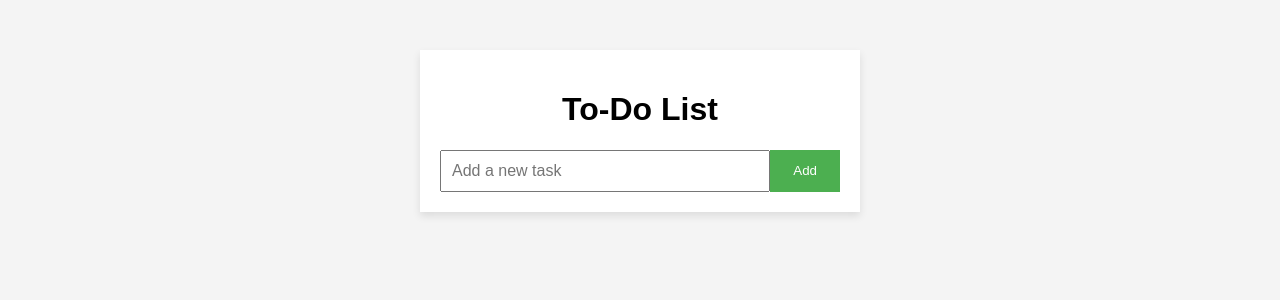
Repository: thinhdh04/python-cuoiky
Page: http://localhost/
The author's editor kept a copy of each file at every save. The page is drawn from the files as they stood at one save, then again after the next save.
The browser window is 1280 px wide. The pictures show the whole page.
The page is served by the project's application, run on Flask 3 (Bai3/Bai3.py). Queries for data that is not in the repository find no rows.

Above is the page before, as saved 2024-11-23 08:54:23.

After the next save:
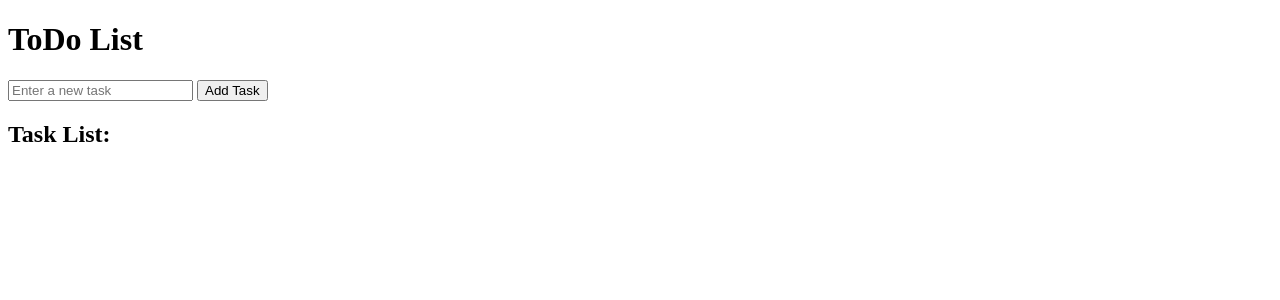
Saved 3 min 35 s later.
--- a/Bai3/templates/index.html
+++ b/Bai3/templates/index.html
@@ -3,81 +3,27 @@
 <head>
     <meta charset="UTF-8">
     <meta name="viewport" content="width=device-width, initial-scale=1.0">
-    <title>To-Do List</title>
-    <style>
-        body {
-            font-family: Arial, sans-serif;
-            background-color: #f4f4f4;
-            margin: 0;
-            padding: 0;
-        }
-        .container {
-            width: 400px;
-            margin: 50px auto;
-            background-color: #fff;
-            padding: 20px;
-            box-shadow: 0 4px 8px rgba(0, 0, 0, 0.1);
-        }
-        h1 {
-            text-align: center;
-        }
-        ul {
-            list-style-type: none;
-            padding: 0;
-        }
-        li {
-            padding: 10px;
-            border-bottom: 1px solid #ddd;
-            display: flex;
-            justify-content: space-between;
-        }
-        button {
-            padding: 5px 10px;
-            cursor: pointer;
-            background-color: red;
-            color: white;
-            border: none;
-        }
-        form {
-            display: flex;
-            justify-content: space-between;
-            margin-top: 20px;
-        }
-        input[type="text"] {
-            width: 80%;
-            padding: 10px;
-            font-size: 16px;
-        }
-        input[type="submit"] {
-            width: 18%;
-            padding: 10px;
-            background-color: #4CAF50;
-            color: white;
-            border: none;
-            cursor: pointer;
-        }
-    </style>
+    <title>ToDo List</title>
 </head>
 <body>
+    <h1>ToDo List</h1>
 
-<div class="container">
-    <h1>To-Do List</h1>
+    <form action="/add" method="POST">
+        <input type="text" name="task" placeholder="Enter a new task" required>
+        <button type="submit">Add Task</button>
+    </form>
+
+    <h2>Task List:</h2>
     <ul>
         {% for task in tasks %}
         <li>
             {{ task['task'] }}
-            <form action="{{ url_for('delete_task', id=task['id']) }}" method="POST" style="display: inline;">
+            <!-- Form xóa công việc -->
+            <form action="{{ url_for('delete_task', id=task['id']) }}" method="POST" style="display:inline;">
                 <button type="submit">Delete</button>
             </form>
         </li>
         {% endfor %}
     </ul>
-
-    <form action="{{ url_for('add_task') }}" method="POST">
-        <input type="text" name="task" placeholder="Add a new task" required>
-        <input type="submit" value="Add">
-    </form>
-</div>
-
 </body>
 </html>

After the 4 saves that followed:
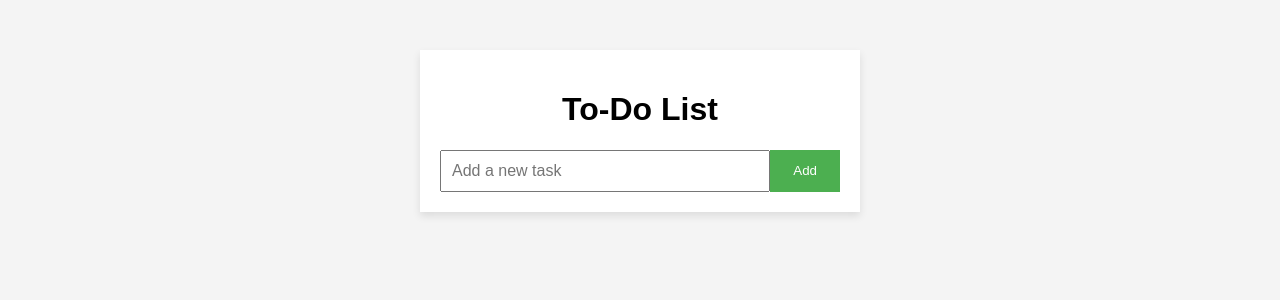
The 4 saves are shown as one change because 1 did not build or start and 1 left the picture as it was and some came seconds apart.
The last was saved 76 s later.
--- a/Bai3/templates/index.html
+++ b/Bai3/templates/index.html
@@ -3,27 +3,81 @@
 <head>
     <meta charset="UTF-8">
     <meta name="viewport" content="width=device-width, initial-scale=1.0">
-    <title>ToDo List</title>
+    <title>To-Do List</title>
+    <style>
+        body {
+            font-family: Arial, sans-serif;
+            background-color: #f4f4f4;
+            margin: 0;
+            padding: 0;
+        }
+        .container {
+            width: 400px;
+            margin: 50px auto;
+            background-color: #fff;
+            padding: 20px;
+            box-shadow: 0 4px 8px rgba(0, 0, 0, 0.1);
+        }
+        h1 {
+            text-align: center;
+        }
+        ul {
+            list-style-type: none;
+            padding: 0;
+        }
+        li {
+            padding: 10px;
+            border-bottom: 1px solid #ddd;
+            display: flex;
+            justify-content: space-between;
+        }
+        button {
+            padding: 5px 10px;
+            cursor: pointer;
+            background-color: red;
+            color: white;
+            border: none;
+        }
+        form {
+            display: flex;
+            justify-content: space-between;
+            margin-top: 20px;
+        }
+        input[type="text"] {
+            width: 80%;
+            padding: 10px;
+            font-size: 16px;
+        }
+        input[type="submit"] {
+            width: 18%;
+            padding: 10px;
+            background-color: #4CAF50;
+            color: white;
+            border: none;
+            cursor: pointer;
+        }
+    </style>
 </head>
 <body>
-    <h1>ToDo List</h1>
 
-    <form action="/add" method="POST">
-        <input type="text" name="task" placeholder="Enter a new task" required>
-        <button type="submit">Add Task</button>
-    </form>
-
-    <h2>Task List:</h2>
+<div class="container">
+    <h1>To-Do List</h1>
     <ul>
         {% for task in tasks %}
         <li>
             {{ task['task'] }}
-            <!-- Form xóa công việc -->
-            <form action="{{ url_for('delete_task', id=task['id']) }}" method="POST" style="display:inline;">
+            <form action="{{ url_for('delete_task', id=task['id']) }}" method="POST" style="display: inline;">
                 <button type="submit">Delete</button>
             </form>
         </li>
         {% endfor %}
     </ul>
+
+    <form action="{{ url_for('add_task') }}" method="POST">
+        <input type="text" name="task" placeholder="Add a new task" required>
+        <input type="submit" value="Add">
+    </form>
+</div>
+
 </body>
 </html>
